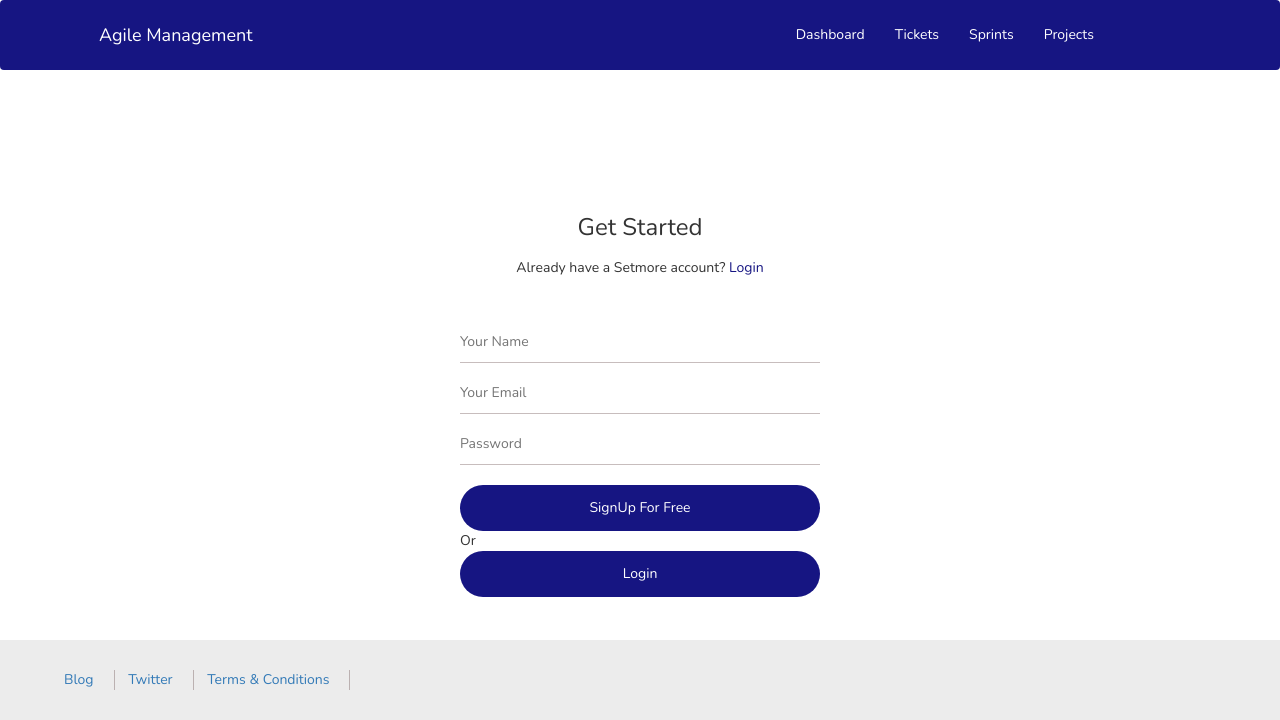
Repository: princexavier/agil
Page: http://localhost/Agile/
An editor plug-in stored every save of this project. The page is shown before and after the next save, followed by the edit.
The browser window is 1280 px wide. The pictures show the whole page.
Some web libraries are served in a nearby version. The page is served by Tomcat 9. Other server files are loaded and not shown.

Above is the page before, as saved 2018-01-19 05:05:04.

### workspace/Agile/WebContent/index.jsp
<%@ page language="java" contentType="text/html; charset=ISO-8859-1"
	pageEncoding="ISO-8859-1"%>
<!DOCTYPE html>
<html lang="en">

<head>
    <meta charset="UTF-8">
    <title>Registration</title>
    <link href="https://fonts.googleapis.com/css?family=Nunito" rel="stylesheet">
    <link rel="stylesheet" href="https://maxcdn.bootstrapcdn.com/bootstrap/3.3.7/css/bootstrap.min.css">
    <!-- jQuery library -->
    <script src="https://ajax.googleapis.com/ajax/libs/jquery/3.2.1/jquery.min.js"></script>
    <!-- Latest compiled JavaScript -->
    <script src="https://maxcdn.bootstrapcdn.com/bootstrap/3.3.7/js/bootstrap.min.js"></script>
    <link rel="stylesheet" href="css/style.css">
    <link rel="stylesheet" href="https://maxcdn.bootstrapcdn.com/font-awesome/4.7.0/css/font-awesome.min.css">
</head>

<body style="font-family: 'Nunito', sans-serif;">
    <header>
        <nav class="navbar navbar-default">
            <div class="container-fluid">
                <div class="navbar-header">
                    <a class="navbar-brand" href="#">Agile Management</a>
                </div>
                <ul class="nav navbar-nav">
                    <li class="active"><a href="#">Dashboard</a></li>
                    <li><a href="ticket.html">Tickets</a></li>
                    <li><a href="ticket.html">Sprints</a></li>
                    <li><a href="#">Projects</a></li>
                </ul>
            </div>
        </nav>
    </header>

    <div class="container">
    	<div class="row">
    		<div class="col-md-4"></div>
    		<div class="col-md-4">
    			<form action=""class="reg-form">
    				<h3>Get Started</h3>
    				<p style="margin-bottom: 15%;text-align:center;">Already have a Setmore account? <a style="color:#161582;">Login</a><p>
    				<input type="text" placeholder="Your Name">
    				<input type="text" placeholder="Your Email">
    				<input type="text" placeholder="Password">
    				<button class="sign-up">SignUp For Free</button>
    				<span>Or</span>
    			    <button class="sign-up">Login</button>
    			</form>
    		</div>
    		<div class="col-md-4"></div>
    	</div>
    </div>
    <footer>
        <ul class="foot-content">
            <li>
                <a href="#">Blog</a>
            </li>
            <li>
                <a href="#">Twitter</a>
            </li>
            <li>
                <a href="#">Terms & Conditions</a>
            </li>
        </ul>
    </footer>
</body>

</html>

### workspace/Agile/WebContent/css/style.css
* {
	margin: 0px;
	padding: 0px;
	text-decoration: none;
	list-style-type: none;
}

a:hover {
	text-decoration: none;
}

.reg-form {
	margin-top: 40%;
}

.sign-up {
	outline:none;
	border: none;
	display: block;
	width: 100%;
	padding: 13px;
	border-radius: 40px;
	background: #161582;
	color: #fff;
}
.reg-form h3{
	margin-top: 20%;
    margin-bottom: 5%;
    text-align: center;
}
.reg-form >span{
	display:block;
	padding-top:22px;
	padding-bottom:22px;
	text-align:center;
}
.reg-form input {
	cursor: pointer;
	padding-bottom: 10px;
	margin-bottom: 20px;
	outline: none;
	display: block;
	width: 100%;
	border: none;
	border-bottom: 1px solid #c7bdbd;
	transition: 0.8s ease;
}

.reg-form input:focus {
	border-bottom: 1px solid #161582;
}

.divider-1 {
	display: inline-block;
	width: calc(100%/ 1);
	float: left;
}

.divider-2 {
	display: inline-block;
	width: calc(100%/ 2);
	float: left;
}

.color {
	color: #161582;
	padding-right: 5px;
	cursor: pointer;
	transition: 0.2s ease-in-out;
}

.color:hover {
	color: #16158261;
}

.clearfix:after {
	content: "";
	display: block;
	clear: both;
}

.navbar-nav {
	float: right;
	margin-right: 100px;
}

.navbar-default {
	border: none;
	padding: 10px 56px 10px 84px;
	background: #161582;
	margin-bottom: 0px;
}

.navbar-brand,.navbar-nav>li>a {
	color: #fff !important;
}

nav .active a {
	background-color: transparent !important;
}

.dashboard {
	padding: 20px 0px;
	background: #ececec;
}

.dash-title {
	padding-left: 111px;
}

.auth {
	background: #ececec;
	padding: 20px;
}

.left-content>span {
	display: block;
}

.lab-title {
	padding: 20px 0px;
}

.bg {
	margin-top: 20px;
	padding: 10px 0px;
	background: #a6e4a6;
}

.bg a>button {
	float: right;
	margin-right: 20px;
	border: none;
}

footer {
	position: fixed;
	bottom: 0px;
	width: 100%;
	padding: 20px 0px;
	background: #ececec;
}

.right-bor {
	border-right: 1px solid #ececec;
}

.foot-content:first-child {
	margin-left: 64px;
	margin-top: 10px;
}

.foot-content li {
	border-right: 1px solid #a79a9ab8;
	padding-right: 20px;
	display: inline-block;
	margin-right: 10px;
}

.bar {
	width: 90%;
	background: #ececec;
	border-left: 10px solid blue;
}

.bar>span {
	float: right;
}

/*Ticket page style */
.btn-style {
	border: none;
	color: #fff;
	outline: none;
	background: #161582;
	transition: 0.5s ease-in-out;
}

.first-btn {
	margin-left: 150px
}

.btn-style:hover {
	background: #161582a8;
}

.icon-style {
	padding-right: 10px;
}

.events {

}

.list-style {
	padding: 10px 0px;
}

/*New ticket page style*/
.cs-btn {
	padding: 11px 10px;
	margin-left: 150px;
	color: #ffff;
	background: #161582;
	transition: 0.5s ease-in-out;
}

.cs-btn:hover {
	background: #1615825c;
	color: #fff;
}

textarea {
	resize: none;
}

.nav-tabs {
	margin-bottom: 50px;
}

label {
	font-weight: 300;
}

.btn-primary {
	background-color: #161582;
}

#menu4>p {
	padding: 20px 10px;
	background: #ececec;
	margin-bottom: 40px;
}

input[type="date"] {
	border-radius: 4px;
}

After the next save:
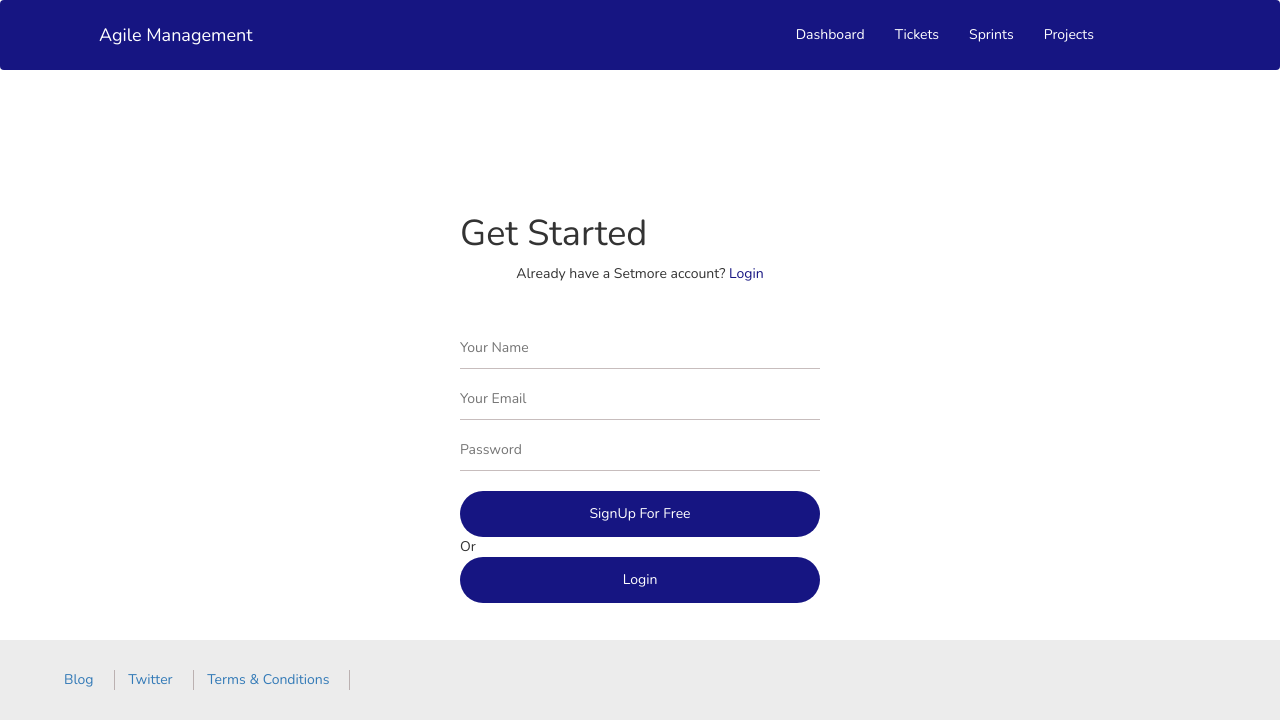
Saved 34 s later.
--- a/workspace/Agile/WebContent/index.jsp
+++ b/workspace/Agile/WebContent/index.jsp
@@ -38,7 +38,7 @@
     		<div class="col-md-4"></div>
     		<div class="col-md-4">
     			<form action=""class="reg-form">
-    				<h3>Get Started</h3>
+    				<h1>Get Started</h1>
     				<p style="margin-bottom: 15%;text-align:center;">Already have a Setmore account? <a style="color:#161582;">Login</a><p>
     				<input type="text" placeholder="Your Name">
     				<input type="text" placeholder="Your Email">
